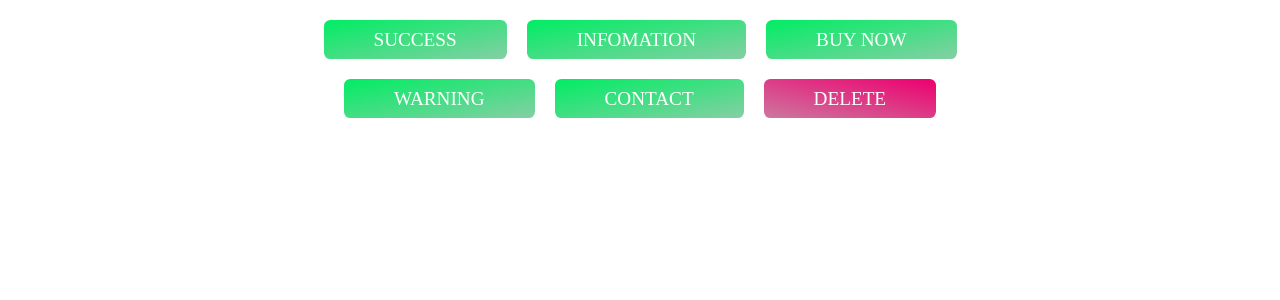
Repository: ThanhPhongsof/Css-Course
Page: index.html
An editor plug-in stored every save of this project. The page is shown before and after the next save, followed by the edit.
The browser window is 1280 px wide. The pictures show the whole page.

Above is the page before, as saved 2022-05-16 08:12:00.

After the next save:
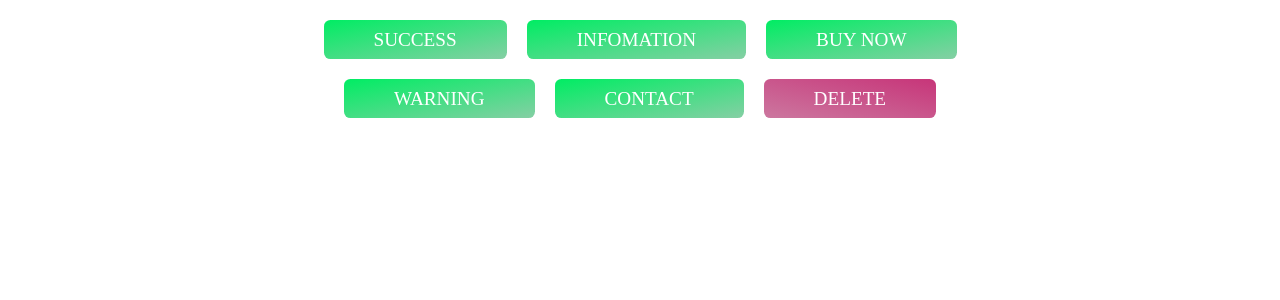
Saved 11 s later.
--- a/styles.css
+++ b/styles.css
@@ -38,5 +38,5 @@
 }
 
 .button--pink {
-  background-image: linear-gradient(to top right, #cc779f, #ed006f);
+  background-image: linear-gradient(to top right, #cc779f, #c73579);
 }
